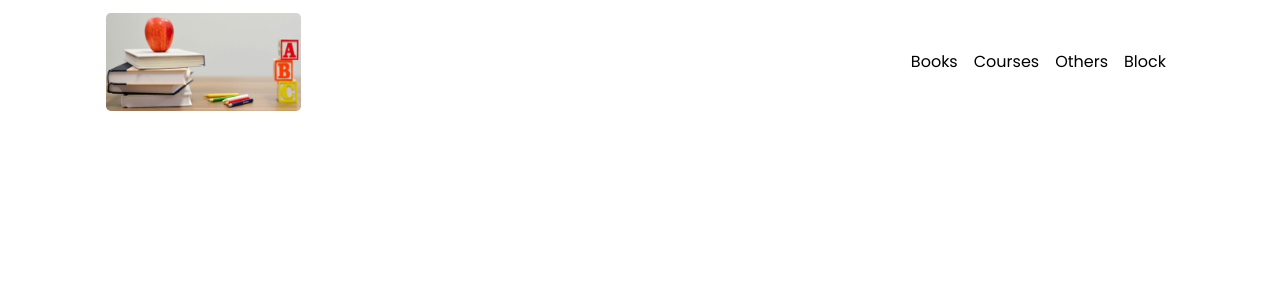
Repository: zjria/Figma-to-E-school
Page: index.html
The author's editor kept a copy of each file at every save. The page is drawn from the files as they stood at one save, then again after the next save.
The browser window is 1280 px wide. The pictures show the whole page.
Some web libraries are served in a nearby version.

Above is the page before, as saved 2022-05-06 14:50:35.

After the next save:
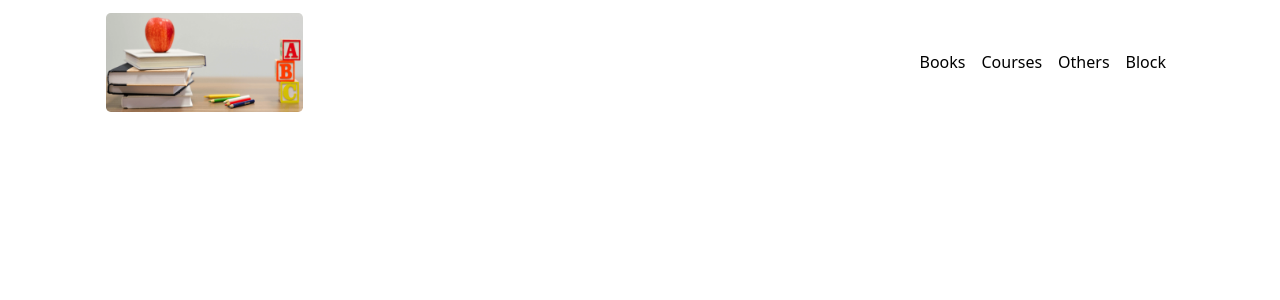
Saved 9 s later.
--- a/style.css
+++ b/style.css
@@ -1,6 +1,6 @@
 .navbar-light .navbar-nav .nav-link {
     color: rgb(0, 0, 0);
-    font-family: 'Poppins', sans-serif;
+    /* font-family: 'Poppins', sans-serif; */
     font-style: normal;
     font-weight: 400;
     font-size: 16px;

After the save that followed:
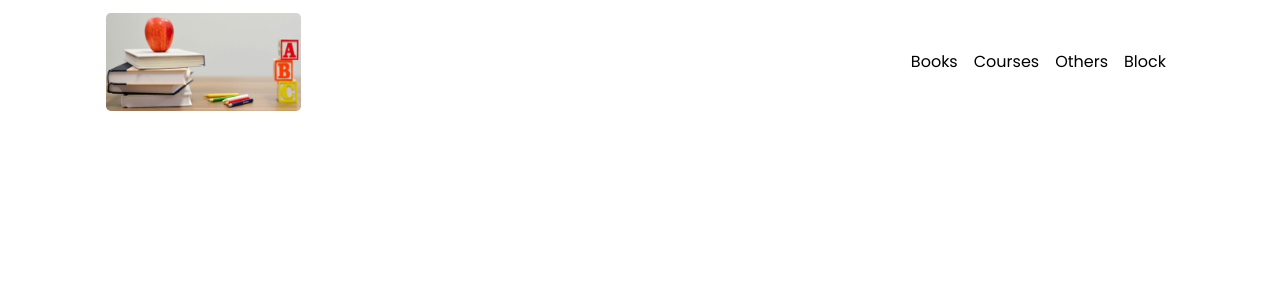
Saved 10 s later.
--- a/style.css
+++ b/style.css
@@ -1,6 +1,6 @@
 .navbar-light .navbar-nav .nav-link {
     color: rgb(0, 0, 0);
-    /* font-family: 'Poppins', sans-serif; */
+    font-family: 'Poppins', sans-serif;
     font-style: normal;
     font-weight: 400;
     font-size: 16px;
